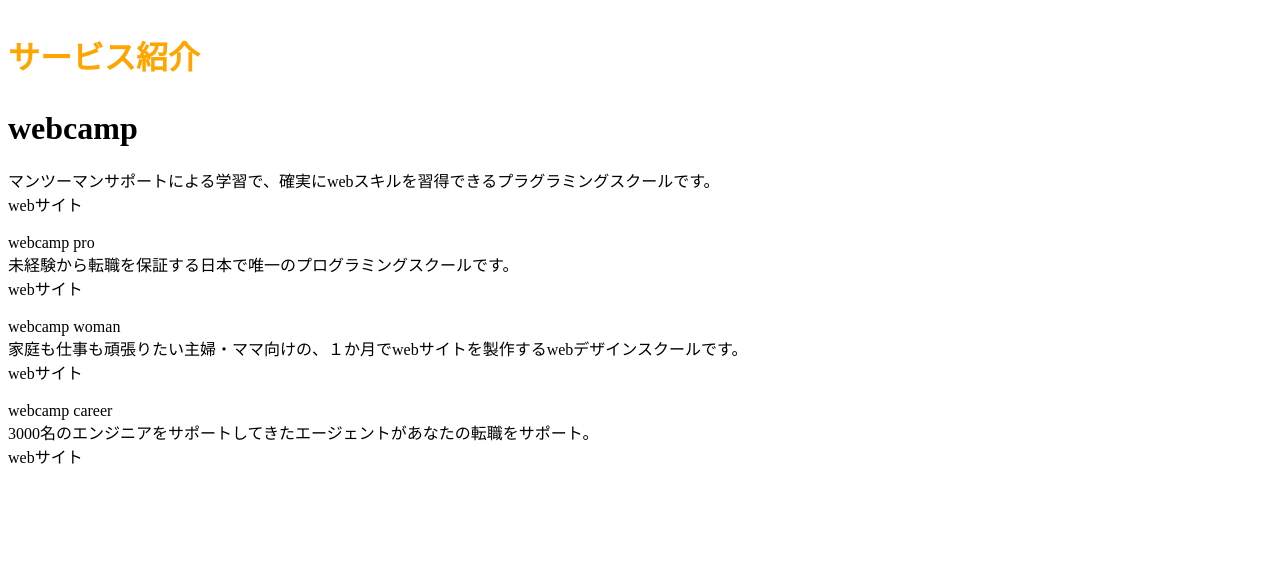
Repository: YasuyoshiSakai/kadai1
Page: sample/ensyuu.html
The author's editor kept a record of every edit. The page is drawn from the files as they stood at one moment, then again after the next edit.
The browser window is 1280 px wide. The pictures show the whole page.

Above is the page before.

After the next edit:
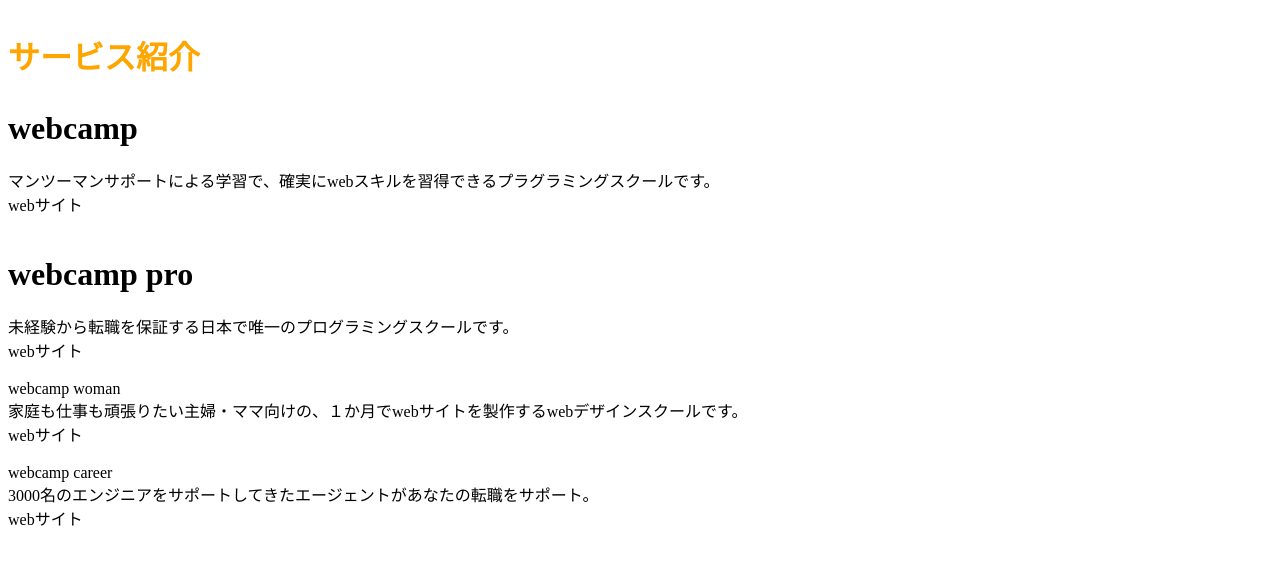
The edit:
--- a/sample/ensyuu.html
+++ b/sample/ensyuu.html
@@ -13,7 +13,7 @@
 マンツーマンサポートによる学習で、確実にwebスキルを習得できるプラグラミングスクールです。<br>
 webサイト<br>
 <br>
-webcamp pro<br>
+<h1>webcamp pro</h1>
 未経験から転職を保証する日本で唯一のプログラミングスクールです。<br>
 webサイト<br>
 <br>
